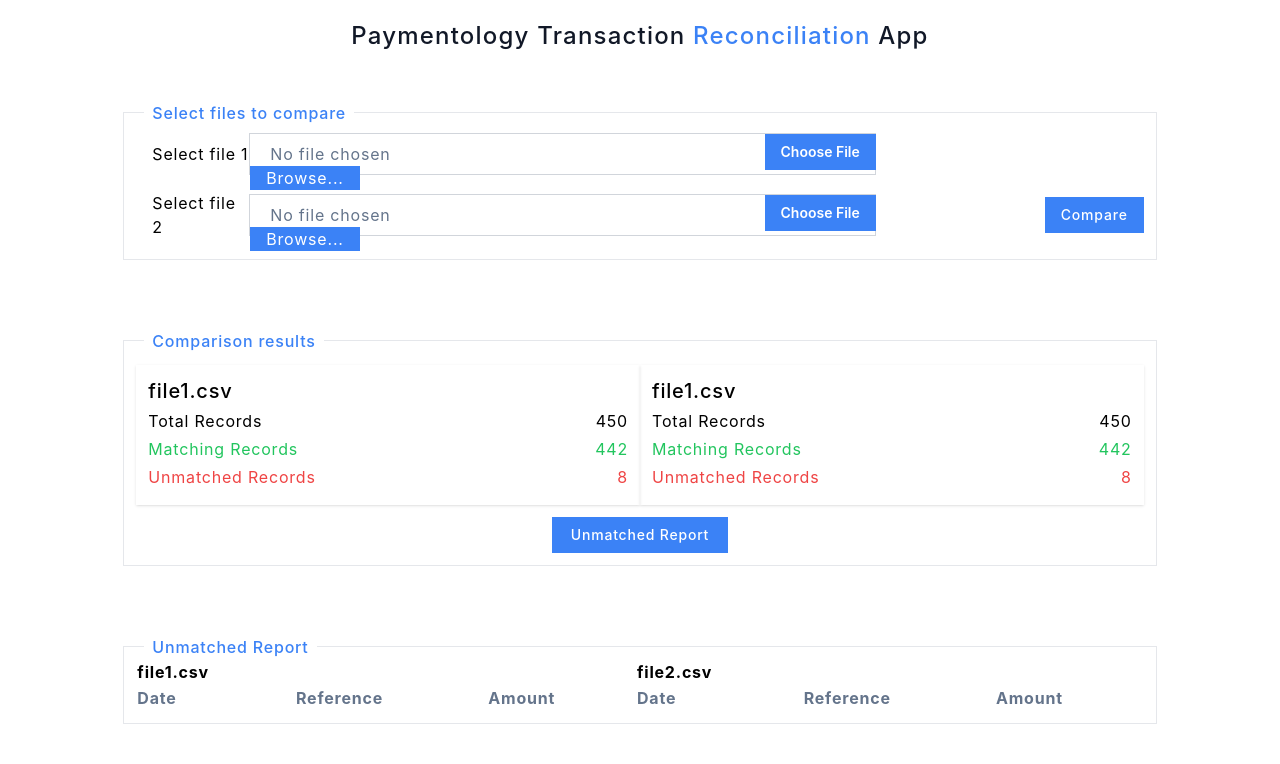
Repository: chionye/paymentology-front
Page: /
These files come from the project's save history. The page is drawn as it stood at one moment and after the next save; the edit follows.
The browser window is 1280 px wide. The pictures show the whole page.
The project was rebuilt for these pictures with package versions that can differ from the ones it lists, and the page was loaded fresh each time.

Above is the page before, as saved 2022-03-16 19:24:03.

### src/index.css
@tailwind base;
@tailwind components;
@tailwind utilities;

body {
  margin: 0;
  padding:0;
  box-sizing: border-box;
  font-family: -apple-system, BlinkMacSystemFont, 'Segoe UI', 'Roboto', 'Oxygen',
    'Ubuntu', 'Cantarell', 'Fira Sans', 'Droid Sans', 'Helvetica Neue',
    sans-serif;
  -webkit-font-smoothing: antialiased;
  -moz-osx-font-smoothing: grayscale;
}

input[type=file]::file-selector-button {
  position: absolute;
  right:-5px;
  top:0;

}
input[type=file]::-ms-browse {
  position: absolute;
  right:-5px;
  top:0;
}

input[type=file]::-webkit-file-upload-button {
  position: absolute;
  right:-5px;
  top:0;
}

### src/App.js
import CompareFiles from "./components/CompareFiles";
import Results from "./components/Results";
import Report from "./components/Report";
import Title from "./components/Title";

function App() {
  return (
    <>
      <Title />
      <CompareFiles />
      <Results />
      <Report />
    </>

  );
}

export default App;

### src/components/CompareFiles.js
import Button from "./Button";
import Container from "./Container";
import InputFile from "./InputFile";
import Section from "./Section";

const CompareFiles = () => {
    return(
        <Container>
            <Section title={"Select files to compare"}>
                <InputFile file={"Select file 1"} />
                <div className="flex flex-col md:flex-row md:items-center md:justify-between">
                    <InputFile file={"Select file 2"} />
                    <div className="my-3 md:my-0">
                    <Button width={"w-full"} label={"Compare"} />
                    </div>

                </div>
            </Section>
        </Container>

    )
}

export default CompareFiles;

### src/components/Results.js
import Button from "./Button";
import Container from "./Container";
import FileSummary from "./FileSummary";
import Section from "./Section";

const Results = () => {
    return(
        <Container>
            <Section title={"Comparison results"}>
                <div className="flex flex-col md:flex-row md:justify-between md:items-center">
                    <FileSummary />
                    <FileSummary />
                </div>
                <div className="md:flex md:w-44 md:justify-center md:mx-auto">
                        <Button width={"w-full"} label={"Unmatched Report"} />
                </div>
            </Section>
        </Container>
    )
}

export default Results;

### src/components/Report.js
import Container from "./Container";
import Section from "./Section";
import Table from "./Table";

const Report = () => {
    return(
        <Container>
            <Section title={"Unmatched Report"}>
                <Table />
            </Section>
        </Container>
    )
}

export default Report;

### src/components/Title.js
import Container from "./Container"

const Title = () => {
    return(
        <Container>
            <div className="md:w-5/6 mx-auto">
                <h1 className="font-medium tracking-wider text-center  leading-loose text-xl md:text-2xl text-gray-900">Paymentology Transaction <span className="text-blue-500">Reconciliation</span> App</h1>

            </div>
        </Container>
    )
}

export default Title;

### src/components/Button.js
const Button = (props) => {

    return <button className={`${props.width} bg-blue-500 hover:bg-blue-700 py-2 px-4 text-sm text-white font-medium`}>{props.label}</button>
}

export default Button;

### src/components/Container.js
const Container = (props) => {

    return <div className="p-5 mx-auto">{props.children}</div>
}
export default Container;

### src/components/InputFile.js
import Button from "./Button";
const InputFile = (props) => {
    return(
        <div className="flex flex-col md:flex-row w-full md:w-3/4 md:items-center text-sm md:text-base tracking-wider my-2 md:px-4">
            <label className="w-28">{props.file}</label>
            <div className="w-full border border-1 border-gray-300 py-2 relative">
            <input type="file"
                    className="block
                    w-full
                    pl-2
                    md:mx-3
                    appearance-none
                    text-slate-500
                    file:py-2
                    file:px-4
                    file:border-0
                    file:text-sm
                    file:font-semibold
                    file:bg-blue-500
                    hover:file:bg-blue-700
                    file:text-white
                "/>
                <div className="absolute bg-blue-500 text-white px-4">Browse...</div>
            </div>

        </div>
    )
}

export default InputFile;

### src/components/Section.js

const Section = (props) => {
    return(
        <div className="relative md:w-5/6  h-auto p-3 border border-1 border-gray mx-auto my-5 tracking-wider">
            <div className="absolute font-medium -top-3 left-1 md:left-5 bg-white  text-blue-500 px-2">{props.title}</div>
            {props.children}
        </div>
    )
}

export default Section;

### src/components/FileSummary.js
const FileSummary = () => {
    return(
        <div className="shadow text-sm md:text-base p-3 my-3 w-full md:w-1/2  max-w-lg tracking-wider ">
            <div className="font-medium text-xl">file1.csv</div>
            <div className="flex flex-row justify-between my-1">
                <span>Total Records</span>
                <span>450</span>
            </div>
            <div className="flex flex-row justify-between my-1 text-green-500">
                <span>Matching Records</span>
                <span>442</span>
            </div>
            <div className="flex flex-row justify-between my-1 text-red-500">
                <span>Unmatched Records</span>
                <span>8</span>
            </div>
        </div>
    )
}

export default FileSummary;

### src/components/Table.js
const Table = () => {
    return(
        <div className="w-full overflow-scroll">
            <table className="w-full border-collapse border-slate-500">
            <thead>
                <tr className="text-left">
                    <th>file1.csv</th>
                    <th></th>
                    <th></th>
                    <th>file2.csv</th>
                    <th></th>
                    <th></th>
                </tr>
                <tr className="text-left text-slate-500">
                    <th>Date</th>
                    <th>Reference</th>
                    <th>Amount</th>
                    <th>Date</th>
                    <th>Reference</th>
                    <th>Amount</th>
                </tr>
            </thead>
            <tbody></tbody>
        </table>
        </div>

    )
}

export default Table;

Loaded but not shown: public/index.html (common file); src/index.js (common file); src/reportWebVitals.js (common file); tailwind.config.js (common file)

After the next save:
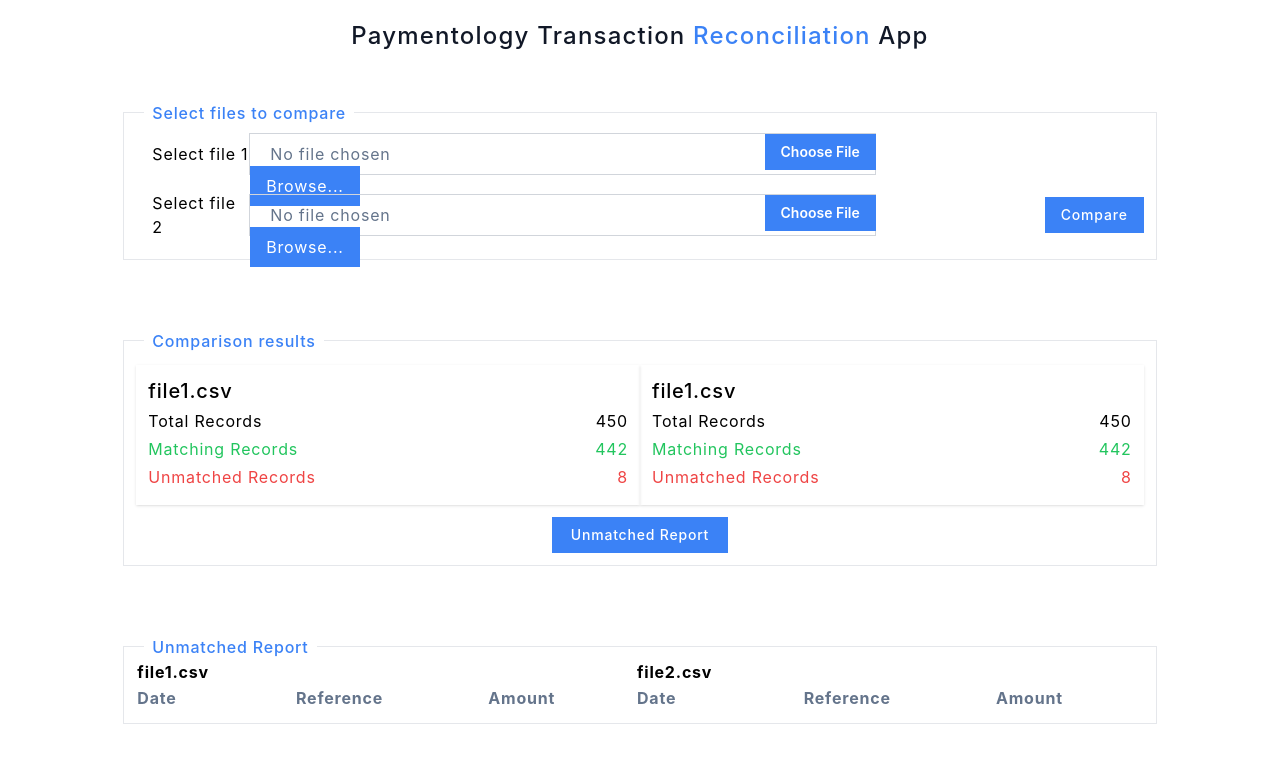
Saved 4 s later.
--- a/src/components/InputFile.js
+++ b/src/components/InputFile.js
@@ -20,7 +20,7 @@ const InputFile = (props) => {
                     hover:file:bg-blue-700
                     file:text-white
                 "/>
-                <div className="absolute bg-blue-500 text-white px-4">Browse...</div>
+                <div className="absolute bg-blue-500 text-white px-4 py-2">Browse...</div>
             </div>
 
         </div>
